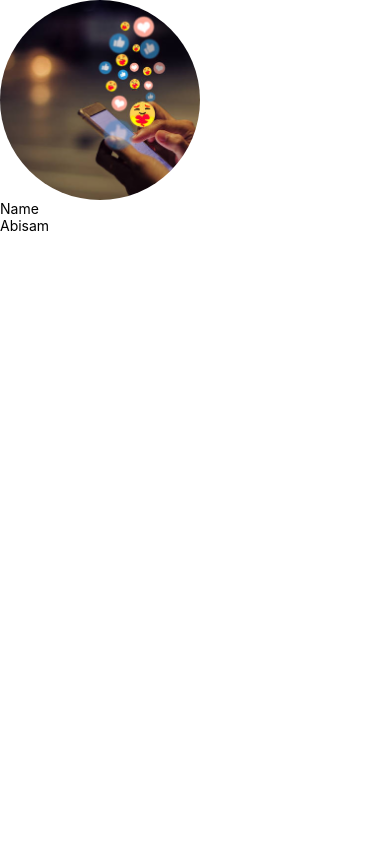
Repository: 2000-Nanayaw/MobileApp
Screen: /
The author's editor kept a copy of each file at every save. The screen is drawn from the files as they stood at one save, then again after the next save.
The app was drawn by React Native's web renderer in a window 390 px wide. The project was rebuilt for these pictures with package versions that can differ from the ones it lists, and the page was loaded fresh each time.

Above is the screen before, as saved 2023-08-28 04:14:50.

After the next save:
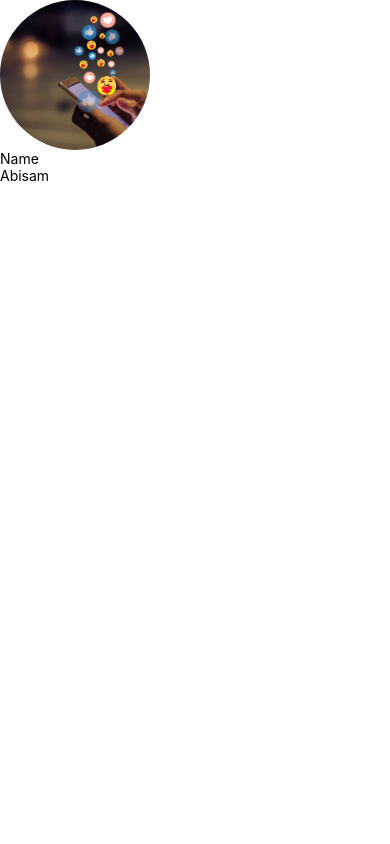
Saved 29 s later.
--- a/App.js
+++ b/App.js
@@ -52,8 +52,8 @@ container: {
   flex: 1,
 },
 image: {
-  height: 200,
-  width: 200,
+  height: 150,
+  width: 150,
   borderRadius: 200,
 }
 });
